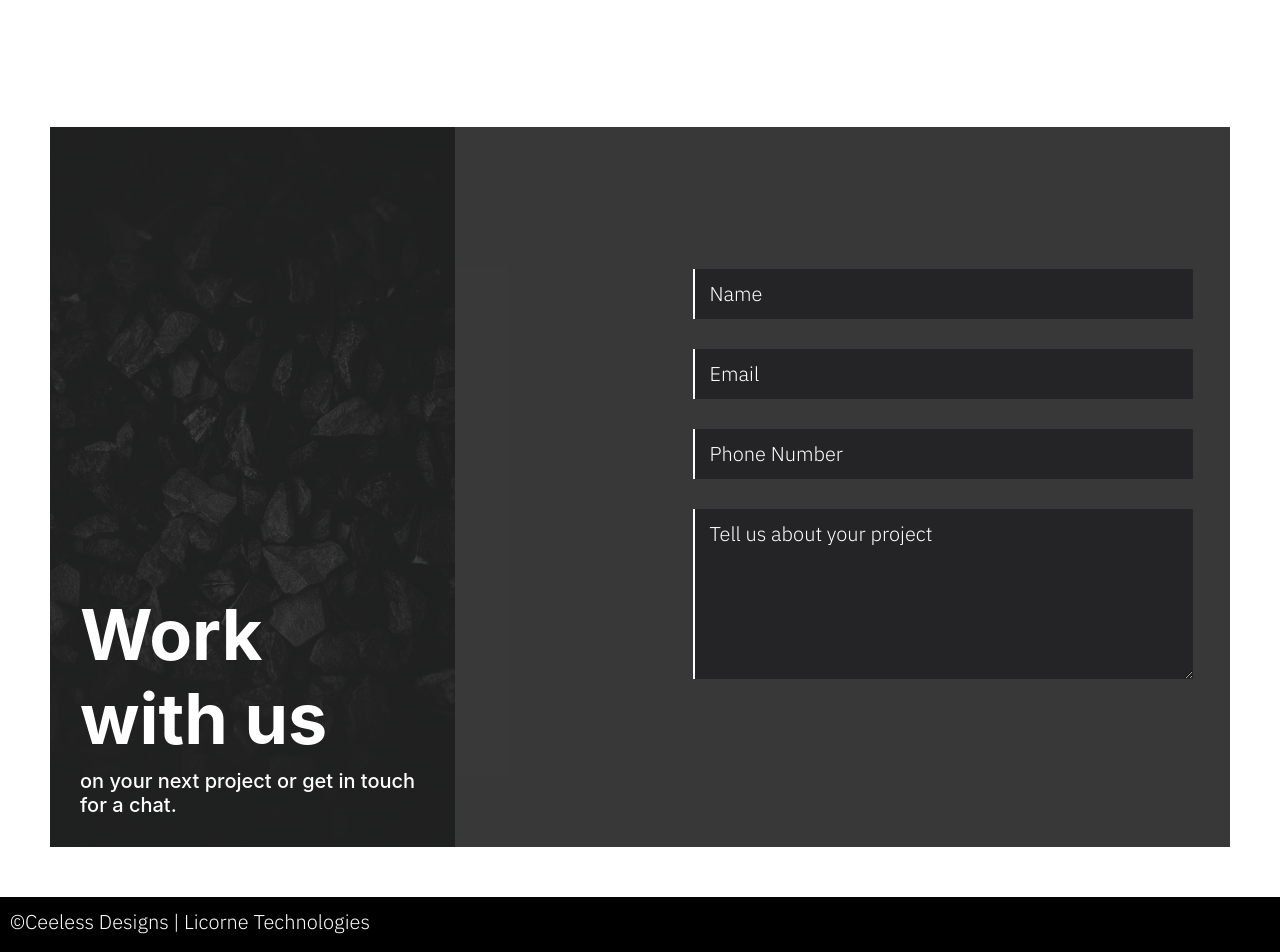
Repository: Licorne-Technologies/Ceeless-v2
Page: index.html
The author's editor kept a copy of each file at every save. The page is drawn from the files as they stood at one save, then again after the next save.
The browser window is 1280 px wide. The pictures show the part of the page from y = 2274 to 3226 px (the page is 3237 px tall).
Some web libraries are served in a nearby version. The style sheet was rebuilt from its Sass, Less or Tailwind sources for each picture, by a compiler version that may differ from the author's.

Above is the page before, as saved 2020-06-15 14:43:23.

### index.html
<!DOCTYPE html>
<html lang="en">
<head>
    <meta charset="UTF-8">
    <meta name="viewport" content="width=device-width, initial-scale=1.0">
    <!-- UIkit CSS -->
    <link rel="stylesheet" href="https://cdn.jsdelivr.net/npm/uikit@3.5.4/dist/css/uikit.min.css" />
    <!--Bootstrap-->
    <link rel="stylesheet" href="https://stackpath.bootstrapcdn.com/bootstrap/4.4.1/css/bootstrap.min.css" integrity="sha384-Vkoo8x4CGsO3+Hhxv8T/Q5PaXtkKtu6ug5TOeNV6gBiFeWPGFN9MuhOf23Q9Ifjh" crossorigin="anonymous">
    <!--Font awesome -->
    <link rel="stylesheet" href="https://stackpath.bootstrapcdn.com/font-awesome/4.7.0/css/font-awesome.min.css">
    <!--Stylesheet-->
    <link rel="stylesheet" href="css/stylesheet.css">
    <title>Ceeless || Licorne Technologies</title>
</head>
<body>
 <main class="wrapper pt-5">
     <!--Navigation Bar-->
    <header class="navbar">
        <div class="logo">
            <a href="index.html">
                <img src="" alt="logo">
            </a>
        </div>
        <div class="menu">
            <a class="menuIcon" href="#modal-full" uk-toggle>
                <span class="long-bar"></span>
                <span class="short-bar"></span>
                <span class="long-bar"></span>
            </a>
        </div>
        <!--Menu Modal-->
        <div id="modal-full" class="uk-modal-full" uk-modal>
            <div class="uk-modal-dialog">
                <button class="uk-modal-close-full uk-close-large" type="button" uk-close></button>
                <div class="row">
                    <div class="col">
                        <div class="menuItems">
                            <ul class="menuList">
                                <li>
                                    <a href="index.html" class="active"><i class="fa fa-home"></i>Home</a>
                                </li>
                                <li>
                                    <a href="#"><i class="fa fa-info"></i>About</a>
                                </li>
                                <li>
                                    <a href="#"><i class="fa fa-tasks" aria-hidden="true"></i>Portfolio</a>
                                </li>
                                <li>
                                    <a href="#"><i class="fa fa-plane"></i>Contact</a>
                                </li>
                            </ul>
                        </div>
                    </div>
                <div class="col"></div>
                </div>
            </div>
        </div>
    </header>
    <!--End of Navigation Bar-->



    <!--Jumbotron-->
    <section class="jumboText">
        <div class="row">
            <div class="col-3">
                <!--Menu icons-->
                <div class="menuItems">
                    <ul class="menuList">
                        <li>
                            <a href="index.html" class="active"><i class="fa fa-home"></i></a>
                        </li>
                        <li>
                            <a href="#"><i class="fa fa-info"></i></a>
                        </li>
                        <li>
                            <a href="#"><i class="fa fa-tasks" aria-hidden="true"></i></a>
                        </li>
                        <li>
                            <a href="#"><i class="fa fa-plane"></i></a>
                        </li>
                    </ul>
                </div>
            </div>
            <div class="col-9">
                <div class="message card w-75">
                    <!--Message Text-->
                    <h1>Ceeless Designs the future for those who create it.</h1>
                    <p>Create the ultimate experience with Ceeless.</p>
                    <!--Action Btn-->
                    <a href="#" class="action-btn">Start</a>
                </div>

            </div>
        </div>
    </section>
    <!--End of Jumbotron-->

    <!--Portfolio and What We Do Section-->
    <section class="comboSection">
        <div class="row">
            <div class="col">
                <!--Portfolio Gallery-->
                <div uk-slideshow="autoplay: true; autoplay-interval: 2000; pause-on-hover: true; animation: fade;" >
                    <ul class="uk-slideshow-items" uk-height-viewport="min-height: 300">
                        <li>
                            <img src="assets/DemoImage1.jpg" alt="" uk-cover>
                        </li>
                        <li>
                            <img src="assets/DemoImage2.jpg" alt="" uk-cover>
                        </li>
                        <li>
                            <img src="assets/DemoImage3.jpg" alt="" uk-cover>
                        </li>
                    </ul>
                    <a class="uk-position-center-left uk-position-small uk-hidden-hover" href="#" uk-slidenav-previous uk-slideshow-item="previous"></a>
                    <a class="uk-position-center-right uk-position-small uk-hidden-hover" href="#" uk-slidenav-next uk-slideshow-item="next"></a>
                </div>
            </div>
            <div class="col">
                <h2 class="title pt-5">What we do</h2>
                <p>Ceeless is a web design agency and we are focused on creating an online presence for brands and businesses that will drive growth.</p>
                <!--What we do Progress bar-->
                <ul class="progressList">
                    <li>Brand Identity
                        <progress id="brandIdentity-progressbar" class="uk-progress uk-progress-dark" value="10" max="80"></progress>
                    </li>
                    <li>Web Design
                        <progress id="webDesign-progressbar" class="uk-progress uk-progress-dark" value="10" max="85"></progress>
                    </li>
                    <li>Web Development
                        <progress id="webDev-progressbar" class="uk-progress uk-progress-dark" value="10" max="100"></progress>
                    </li>
                    <li>UI/UX
                        <progress id="uiUx-progressbar" class="uk-progress uk-progress-dark" value="10" max="95"></progress>
                    </li>
                    <li>Software Design
                        <progress id="softwareDesign-progressbar" class="uk-progress uk-progress-dark" value="10" max="90"></progress>
                    </li>
                </ul>
            </div>
        </div>
    </section>
    <!--End of section-->

    <!--About us-->
    <section class="aboutUs">
        <div class="row">
            <div class="col">
                <h2 class="title">Who we are</h2>
                <p>Ceeless is a web design and development agency founded in 2016, it became part of the Licorne Technology group in February 2020.</p>
                <p>Ceeless is focused on supporting Nigerian brands and businesses online.</p>
            </div>
            <div class="col right">
                <div class="teamGallery">
                    <div class="uk-visible-toggle uk-light" tabindex="-1" uk-slideshow="animation: fade; autoplay: true;  autoplay-interval: 3000; pause-on-hover: true ">

                        <ul class="uk-slideshow-items">
                            <li>
                                <img src="assets/DemoImage3.jpg" alt="" uk-cover>
                                <div class="uk-overlay uk-overlay-primary uk-position-bottom">
                                    <p>Default Lorem ipsum dolor sit amet, consectetur adipiscing elit.</p>
                                </div>
                            </li>
                            <li>
                                <img src="assets/DemoImage2.jpg" alt="" uk-cover>
                                <div class="uk-overlay uk-overlay-primary uk-position-bottom">
                                    <p>Default Lorem ipsum dolor sit amet, consectetur adipiscing elit.</p>
                                </div>
                            </li>
                            <li>
                                <img src="assets/DemoImage1.jpg" alt="" uk-cover>
                                <div class="uk-overlay uk-overlay-primary uk-position-bottom">
                                    <p>Default Lorem ipsum dolor sit amet, consectetur adipiscing elit.</p>
                                </div>
                            </li>
                        </ul>

                        <a class="uk-position-center-left uk-position-small uk-hidden-hover" href="#" uk-slidenav-previous uk-slideshow-item="previous"></a>
                        <a class="uk-position-center-right uk-position-small uk-hidden-hover" href="#" uk-slidenav-next uk-slideshow-item="next"></a>

                    </div>
                </div>
            </div>
        </div>
    </section>
    <!--End of section-->

    <section class="contactUs">
        <div class="row">
            <div class="col">
                <div>
                    <div class="uk-inline">
                        <img src="assets/formBg.jpg" alt="">
                        <div class="uk-overlay-primary uk-position-cover"></div>
                        <div class="uk-overlay uk-position-bottom uk-light">
                            <h2 class="title">Work with us</h2>
                            <h5>on your next project or get in touch for a chat.</h5>
                        </div>
                    </div>
                </div>
            </div>
            <div class="col">
                <div class="form">
                    <form id="contactForm" method="POST" action="">
                        <div class="formRow">
                            <input type="text" placeholder="Name" required />
                            <div class="error"></div>
                        </div>
                        <div class="formRow">
                            <input type="email" placeholder="Email" required />
                            <div class="error"></div>
                        </div>
                        <div class="formRow">
                            <input type="text" placeholder="Phone Number" required />
                            <div class="error"></div>
                        </div>
                        <div class="formRow">
                            <textarea placeholder="Tell us about your project" rows="5" required></textarea>
                            <div class="error"></div>
                        </div>
                    </form>
                </div>
                <!--form-->
            </div>
        </div>
    </section>
 </main>
 <footer class="footer">
     <p>&copy;Ceeless Designs | Licorne Technologies</p>
 </footer>

<!-- UIkit JS -->
<script src="https://cdn.jsdelivr.net/npm/uikit@3.5.4/dist/js/uikit.min.js"></script>
<script src="https://cdn.jsdelivr.net/npm/uikit@3.5.4/dist/js/uikit-icons.min.js"></script>
</body>
</html>

### css/stylesheet.scss
@import 'variables';
@import 'footer';
@import 'contact';
@import 'aboutUs';
@import 'whatWeDo';
@import 'portfolio';
@import 'jumbotron';
@import 'navbar';

*{
    margin: 0;
    padding: 0;
    text-decoration: none;
    list-style: none;
    font-family: $font;
}
 section {
    height: 100vh;
    margin-bottom: 50px;
}

.title {
    color: $dark;
    font-size: $fontLarge;
    font-weight: $fontHeavy;
}
@media screen and (min-width: 760px){
    .wrapper {
        margin: 0 50px;
    }
}

### css/_variables.scss
@import url('https://fonts.googleapis.com/css2?family=IBM+Plex+Sans:wght@300;700&display=swap');

$font: 'IBM Plex Sans', sans-serif;
$fontLight: 300;
$fontHeavy: 700;
$fontLarge: 70px;
$fontSmall: 45px;
$fontText: 20px;
$fontTextSm: 16px;
$dark: black;
$light: white;
$box-shadow: 0 5px 15px rgba(0,0,0,0.08);
$btn-shadow: 2px 20px 25px -15px rgba(0, 0, 0, 0.54);
$text-shadow: 2px 2px 4px rgba(0, 0, 0, 0.377);

### css/footer.scss
@import 'variables';

.footer {
    background-color: $dark;
    display: flex;
    align-items: center;
    p{
        color: $light;
        font-size: $fontText;
        padding: 10px;
    }
}

### css/contact.scss
@import 'variables';

.contactUs {
        height: 100vh;
        background-color: rgba(35,35,36, .9);
        background-size: cover;
    .title, h5{
        color: $light;
    }

    img {
        max-height: 100vh;
        width: 100%;
    }

    .form{
        display: flex;
        flex-direction: column;
        align-items: center;
        justify-content: center;
        height: 100vh;

        .formRow {
            margin: 10px 0;

            input, textarea {
                border: none;
                border-left: 2px solid $light;
                padding: 10px;
                color: $light;
                background-color: rgba(35,35,36, .9);
                width: 500px;
                font-size:  $fontText;
                margin-bottom: 20px;
            }

            input::placeholder, textarea::placeholder {
                color: $light;
                line-height: $fontText;
                font-size:  $fontText;
                padding: 5px;
            }
        }
    }
}

### css/aboutUs.scss
@import 'variables';

.aboutUs {

    .col {
    height: 100vh;
    display: flex;
    flex-direction: column;
    justify-content: center;

    .right {
        background-color: $dark;
        height: 100vh;
        width: 100%;
    }
    }
    .title {
        padding-bottom: 30px;
    }
    p {
        font-size: $fontText;
        line-height: $fontSmall;
        font-weight: $fontLight;
    }
}

### css/whatWeDo.scss
@import 'variables';

.comboSection {

    .col {
        height: 100vh;
    display: flex;
    flex-direction: column;
    justify-content: center;
    }
    .title, p {
        padding-left: 30px;
    }
    p{
        font-size: $fontText;
        line-height: $fontSmall;
        font-weight: $fontLight;
    }
    .progressList {
        li{
            color: $dark;
            font-weight: 500;
            line-height: $fontText;
            font-size: $fontText;
            font-family: $font;
        }
    }
    .uk-progress { // this is its background, you could add those to your created classes if you want to also modify this color
        &::-webkit-progress-bar { background-color: $light; }
        &::-moz-progress-bar { background-color: $light; }
    }
    .uk-progress-dark { // created class for customisation
        &::-webkit-progress-value { background-color:$dark; } // those are the overflowing colors
        &::-ms-fill { background-color: $dark; }
    }

}

### css/jumbotron.scss
@import 'variables';

.jumboText {
    height: 100vh;
    display: flex;
    flex-direction: column;
    justify-content: center;

    .card {
        border: none;
        height: 100vh;
        display: flex;
        flex-direction: column;
        justify-content: center;
    }

    .menuItems {
        background-color: $light;
        display: flex;
        flex-direction: column;
        align-items: flex-end;

        a {
            font-size: $fontText;
            color: $dark;

            .fa {
                background-color: $light;
                color: $dark;
                margin-right: 0px;
                margin-bottom: 5px;
                height: 60px;
                width: 60px;
            }

            &:hover {
                .fa {
                    background-color: $dark;
                    color: $light;
                    transform: scale(1.2);
                }
            }
        }

        a.active {
            .fa {
                background-color: $dark;
                color: $light;
            }
        }
    }
}
.message {
    display: flex;
    flex-direction: column;
    align-items: flex-start;
    h1{
        font-size: $fontLarge;
        color: $dark;
    }
    p{
        padding-top: 30px;
        font-size: $fontText;
        color: $dark;
    }
}
a.action-btn {
    border: 1px solid $dark;
    background-color: $dark;
    width: 150px;
    border-radius: 20px;
    padding: 10px;
    box-shadow: $btn-shadow;
    color: $light;
    text-align: center;
    line-height: 20px;
    &:hover{
        text-decoration: none;
    }

}

### css/navbar.scss
@import 'variables';

.navbar {
    display: flex;
    width: 100%;
    justify-content: space-between;
}

.menuIcon {
    display: flex;
    flex-direction: column;
        .long-bar,.short-bar{
            border: 2px solid $dark;
            margin-bottom: 5px;
        }
        .long-bar{
            width: 33px;
        }
        .short-bar{
            width: 20px;
        }

        &:hover{
            .long-bar{
                width: 20px;
                transition: width 300ms ease-in-out 0s;

            }
            .short-bar{
                width: 33px;

            }
        }
}

.uk-modal-full {
    height: 100vh;
    background-color: $dark;
    overflow: hidden;
}
.uk-modal-close-full, .uk-close-large, .menuItems{
    background-color: $dark;
    color: $light;
}
.menuItems {
    height: 100vh;
    display: flex;
    flex-direction: column;
    justify-content: center;
}
.menuList {
    li {
        a {
            display: flex;
            align-items: center;
            color: $light;
            font-size: $fontSmall;
            line-height: $fontSmall;

            .fa {
                display: flex;
                justify-content: center;
                align-items: center;
                height: 100px;
                width: 100px;
                border-radius: 50%;
                background-color: $dark;
                color: $light;
                margin-right: 7px;
            }

            &:hover {
                text-decoration: none;

                .fa{
                    background-color: $light;
                    color: $dark;
                }
            }
        }
    }
}

Loaded but not shown: css/portfolio.scss (common file)

After the next save:
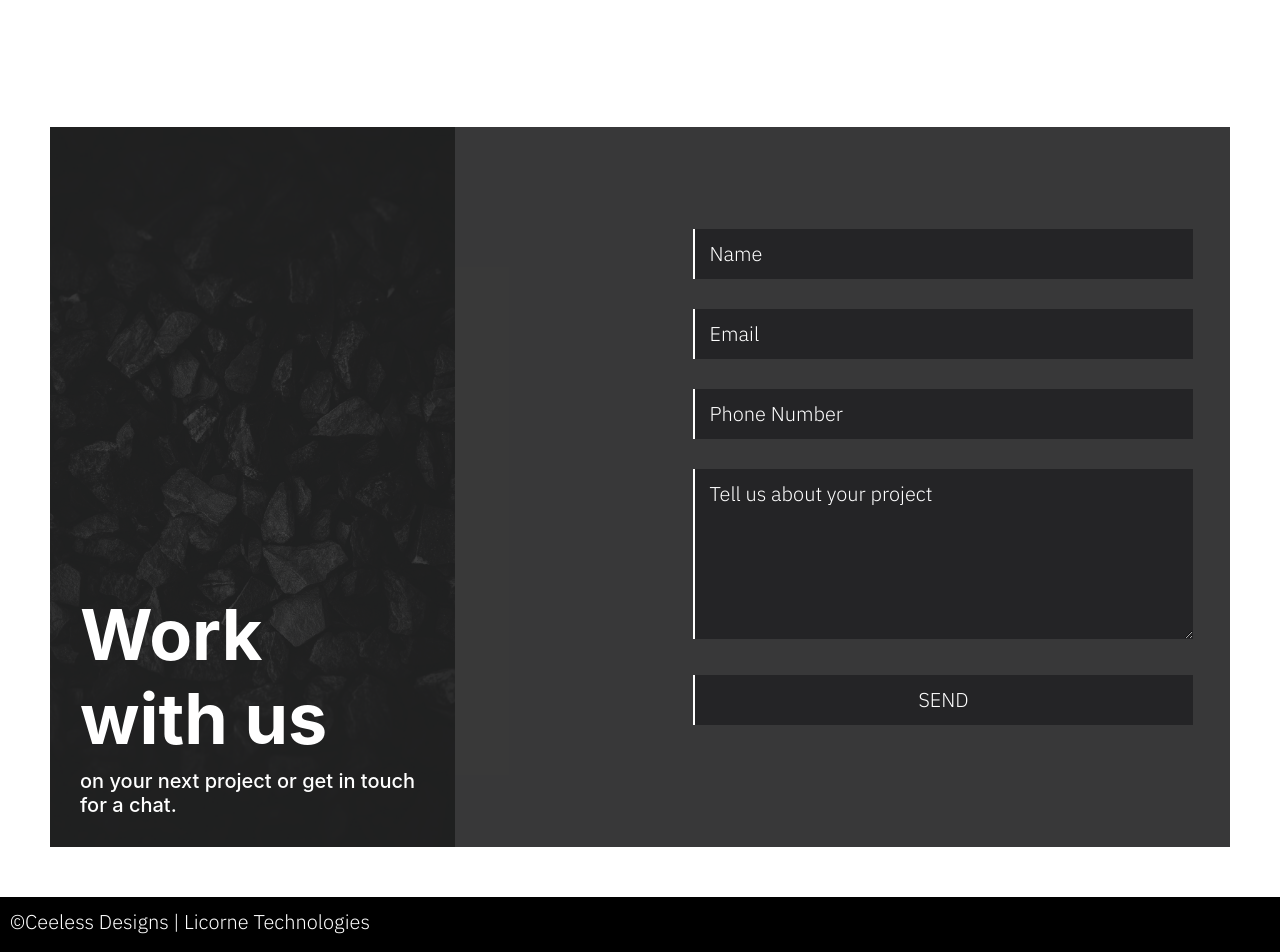
Saved 79 s later.
--- a/index.html
+++ b/index.html
@@ -220,6 +220,10 @@
                             <textarea placeholder="Tell us about your project" rows="5" required></textarea>
                             <div class="error"></div>
                         </div>
+                        <div class="formRow">
+                            <input type="submit" value="SEND" />
+                            <div class="error"></div>
+                        </div>
                     </form>
                 </div>
                 <!--form-->
